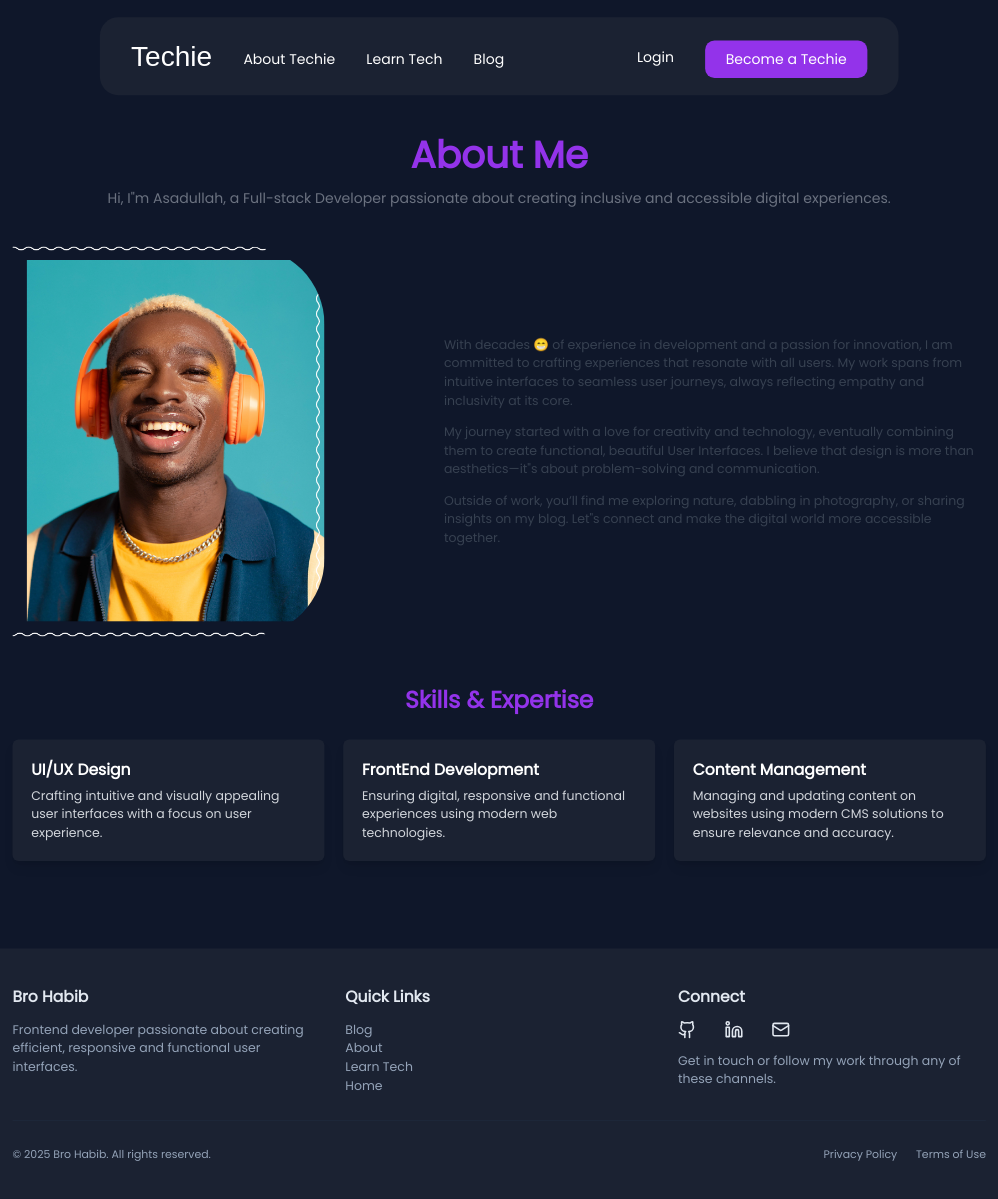
Repository: asadullah48/data-fetch
Page: /about
These files come from the project's save history. The page is drawn as it stood at one moment and after the next save; the edit follows.
The browser window is 1280 px wide. The pictures show the whole page, at 78% of full size.
Some web fonts or font styles are not loaded; a fallback is used. The project was rebuilt for these pictures with package versions that can differ from the ones it lists, and the page was loaded fresh each time. The framework's server and built-in components were replaced by stand-ins that run in the browser. Also part of the build but not shown: next.config.mjs.

Above is the page before, as saved 2025-01-15 12:33:11.

### src/app/layout.tsx
import type { Metadata } from "next";
import localFont from "next/font/local";
import "./globals.css";
import Navbar from "@/components/Navbar";
import { Poppins } from "next/font/google"
import Footer from "@/components/Footer";


const poppins = Poppins({
  subsets: ['latin'],
  weight: '400'
})

const geistSans = localFont({
  src: "./fonts/GeistVF.woff",
  variable: "--font-geist-sans",
  weight: "100 900",
});
const geistMono = localFont({
  src: "./fonts/GeistMonoVF.woff",
  variable: "--font-geist-mono",
  weight: "100 900",
});

export const metadata: Metadata = {
  title: "Data Fetching",
  description: "Data Fetching in a CSR and SSR",
};

export default function RootLayout({
  children,
}: Readonly<{
  children: React.ReactNode;
}>) {
  return (
    <html lang="en">
      <body
        className={`${geistSans.variable} ${geistMono.variable} ${poppins.className} bg-[#0f172a] text-white antialiased overflow-x-hidden`}
      >
        <Navbar />
        {children}
        <Footer/>
      </body>
    </html>
  );
}

### src/app/about/page.tsx
'use client';

import Image from "next/image";

export default function About() {
    return (
        <div className="container mx-auto px-4 py-8">
            <div className="text-center mb-12">
                <h1 className="text-5xl font-bold text-[#9333EA]">About Me</h1>
                <p className="text-lg text-gray-500 mt-4">
                    Hi, I&quot;m Asadullah, a Full-stack Developer passionate about creating inclusive and accessible digital experiences.
                </p>
            </div>

            <div className="flex flex-col sm:flex-row gap-8 juctify-center items-center">
                {/* Profile Image */}
                <div className="relative w-screen align-middle md:w-1/2 h-[500px] overflow-hidden">
                    <div className="w-screen align-middle rounded-[0_50px_0_50px]  overflow-hidden ">
                        {/* Using placeholder API for demo - replace src with your actual image URL */}
                        <Image
                            src="/images/myImg.jpeg"
                            width={1000}
                            height={1000}
                            alt="Professional portrait"
                            className="w-[400px] h-[500px] object-cover md:rounded-[0_100px_100px_0] absolute left-0"
                        />
                    </div>
                </div>

                {/* Description */}
                <div className="w-full md:w-2/3 text-center md:text-left">
                    <p className="text-gray-700 mb-4">
                        With decades 😁 of experience in development and a passion for innovation, I am committed to crafting experiences
                        that resonate with all users. My work spans from intuitive interfaces to seamless user journeys,
                        always reflecting empathy and inclusivity at its core.
                    </p>
                    <p className="text-gray-700 mb-4">
                        My journey started with a love for creativity and technology, eventually combining them to create functional,
                        beautiful User Interfaces. I believe that design is more than aesthetics—it&quot;s about problem-solving and
                        communication.
                    </p>
                    <p className="text-gray-700">
                        Outside of work, you’ll find me exploring nature, dabbling in photography, or sharing insights on my blog.
                        Let&quot;s connect and make the digital world more accessible together.
                    </p>
                </div>
            </div>

            {/* Skills Section */}
            <div className="mt-16">
                <h2 className="text-3xl font-bold text-[#9333EA] text-center mb-8">Skills & Expertise</h2>

                <div className="grid grid-cols-1 md:grid-cols-3 gap-6">

                    <div className="bg-[#1b2232] text-white rounded-lg shadow-lg p-6">
                        <h3 className="text-xl font-semibold mb-2">UI/UX Design</h3>
                        <p className="text-gray-300">
                            Crafting intuitive and visually appealing user interfaces with a focus on user experience.
                        </p>
                    </div>
                    <div className="bg-[#1b2232] text-white rounded-lg shadow-lg p-6">
                        <h3 className="text-xl font-semibold mb-2">FrontEnd Development</h3>
                        <p className="text-gray-300">
                            Ensuring digital, responsive and functional experiences using modern web technologies.
                        </p>
                    </div>

                    <div className="bg-[#1b2232] text-white rounded-lg shadow-lg p-6">
                        <h3 className="text-xl font-semibold mb-2">Content Management</h3>
                        <p className="text-gray-300">
                            Managing and updating content on websites using modern CMS solutions to ensure relevance and accuracy.
                        </p>
                    </div>
                </div>
            </div>
        </div>
    );
}

### src/app/globals.css
@tailwind base;
@tailwind components;
@tailwind utilities;

body {
  font-family: Arial, Helvetica, sans-serif;
}

@layer utilities {
  .text-balance {
    text-wrap: balance;
  }
}

@layer base {
  :root {
    --background: 0 0% 100%;
    --foreground: 20 14.3% 4.1%;
    --card: 0 0% 100%;
    --card-foreground: 20 14.3% 4.1%;
    --popover: 0 0% 100%;
    --popover-foreground: 20 14.3% 4.1%;
    --primary: 24 9.8% 10%;
    --primary-foreground: 60 9.1% 97.8%;
    --secondary: 60 4.8% 95.9%;
    --secondary-foreground: 24 9.8% 10%;
    --muted: 60 4.8% 95.9%;
    --muted-foreground: 25 5.3% 44.7%;
    --accent: 60 4.8% 95.9%;
    --accent-foreground: 24 9.8% 10%;
    --destructive: 0 84.2% 60.2%;
    --destructive-foreground: 60 9.1% 97.8%;
    --border: 20 5.9% 90%;
    --input: 20 5.9% 90%;
    --ring: 20 14.3% 4.1%;
    --chart-1: 12 76% 61%;
    --chart-2: 173 58% 39%;
    --chart-3: 197 37% 24%;
    --chart-4: 43 74% 66%;
    --chart-5: 27 87% 67%;
    --radius: 0.5rem;
  }
  .dark {
    --background: 20 14.3% 4.1%;
    --foreground: 60 9.1% 97.8%;
    --card: 20 14.3% 4.1%;
    --card-foreground: 60 9.1% 97.8%;
    --popover: 20 14.3% 4.1%;
    --popover-foreground: 60 9.1% 97.8%;
    --primary: 60 9.1% 97.8%;
    --primary-foreground: 24 9.8% 10%;
    --secondary: 12 6.5% 15.1%;
    --secondary-foreground: 60 9.1% 97.8%;
    --muted: 12 6.5% 15.1%;
    --muted-foreground: 24 5.4% 63.9%;
    --accent: 12 6.5% 15.1%;
    --accent-foreground: 60 9.1% 97.8%;
    --destructive: 0 62.8% 30.6%;
    --destructive-foreground: 60 9.1% 97.8%;
    --border: 12 6.5% 15.1%;
    --input: 12 6.5% 15.1%;
    --ring: 24 5.7% 82.9%;
    --chart-1: 220 70% 50%;
    --chart-2: 160 60% 45%;
    --chart-3: 30 80% 55%;
    --chart-4: 280 65% 60%;
    --chart-5: 340 75% 55%;
  }
}

@layer base {
  * {
    @apply border-border;
  }
  body {
    @apply bg-background text-foreground;
  }
}

### src/components/Navbar.tsx
"use client"
import { useState } from 'react';
import { Agbalumo } from "next/font/google"
import Link from "next/link"

const agbalumo = Agbalumo({
    subsets: ['latin'],
    weight: '400'
})


export default function Navbar() {
    const [isMenuOpen, setIsMenuOpen] = useState(false);

    const toggleMenu = () => setIsMenuOpen(!isMenuOpen);

    return (
        <div className="h-[144px] w-screen flex justify-center items-center">
            <div className="h-[100px] w-full relative md:w-[80%] md:rounded-3xl bg-[#1b2232] text-white flex justify-between items-center px-10">
                {/* Logo and Links */}
                <div className="flex justify-center items-center gap-10">
                <Link href={"/"}>
                    <h1 className={`${agbalumo.className} text-4xl`}>Techie</h1>
                </Link>

                    <div className="hidden lg:flex gap-10">
                        <Link href={"/about"} className="text-lg mt-2">About Techie</Link>
                        <Link href={"/learnTech"} className="text-lg mt-2">Learn Tech</Link>
                        <Link href={"/blog"} className="text-lg mt-2">Blog</Link>
                    </div>
                </div>

                {/* Navbar Buttons */}
                <div className="hidden md:flex gap-10">
                    <Link href={"/login"} className="text-lg mt-4">Login</Link>
                    <Link href={"/signup"} className="text-lg mt-2 h-12 bg-PrimaryPurple flex justify-center items-center w-52 rounded-xl">Become a Techie</Link>
                </div>

                {/* Hamburger Menu for Mobile */}
                <div className="lg:hidden flex items-center gap-4">
                    {/* <h1 className="font-bold text-4xl">Techie</h1> */}
                    <button onClick={toggleMenu} className="text-white text-2xl">
                        {/* Hamburger Icon */}
                        {isMenuOpen ? 'X' : '☰'}
                    </button>
                </div>
            </div>

            {/* Dropdown Menu for Mobile */}
            {isMenuOpen && (
                <div className='z-50 h-screen fixed top-1/4 w-full flex justify-center items-center bg-[#1b2232]/70 backdrop-blur-md '>
                <div className=" lg:hidden  text-white  text-center py-4 flex flex-col justify-center items-start gap-5">
                    <Link href={"/about"} onClick={()=> setIsMenuOpen(false)} className="block text-lg mt-2">About Techie</Link>
                    <Link href={"/learnTech"} onClick={()=> setIsMenuOpen(false)} className="block text-lg mt-2">Learn Tech</Link>
                    <Link href={"/blog"} onClick={()=> setIsMenuOpen(false)} className="block text-lg mt-2">Blog</Link>
                    <Link href={"/login"} onClick={()=> setIsMenuOpen(false)} className="block text-lg mt-2">Login</Link>
                    <Link href={"/signup"} onClick={()=> setIsMenuOpen(false)} className=" text-lg mt-2 h-12 bg-PrimaryPurple flex justify-start pl-2 items-center w-52 rounded-xl">Become a Techie</Link>
                </div>
                </div>
            )}
        </div>
    )
}

### src/components/Footer.tsx
import React from 'react'
import { Github,  Linkedin, Mail } from 'lucide-react';
import Link from 'next/link';
export default function Footer() {
  const currentYear = new Date().getFullYear();

  return (
    <div className="bg-[#1b2232] mt-20 text-slate-200 py-12 ">
      <div className="container mx-auto px-4">
        {/* Main Footer Content */}
        <div className="grid grid-cols-1 md:grid-cols-3 gap-8 mb-8">
          {/* About Section */}
          <div>
            <h3 className="text-xl font-semibold mb-4">Bro Habib</h3>
            <p className="text-slate-400 mb-4">
              Frontend developer passionate about creating efficient, responsive and functional user interfaces.
            </p>
          </div>

          {/* Quick Links */}
          <div>
            <h3 className="text-xl font-semibold mb-4">Quick Links</h3>
            <ul className="space-y-2 text-slate-400">
              <Link href="/blog" className="hover:text-slate-200 transition-colors"><li>Blog</li>
              </Link>
              <Link href="/about" className="hover:text-slate-200 transition-colors"><li>About</li>
              </Link>
              <Link href="/learnTech" className="hover:text-slate-200 transition-colors"><li>Learn Tech</li>
              </Link>
              <Link href="/" className="hover:text-slate-200 transition-colors"><li>Home</li>
              </Link>
            </ul>
          </div>

          {/* Connect Section */}
          <div>
            <h3 className="text-xl font-semibold mb-4">Connect</h3>
            <div className="flex space-x-4 mb-4 gap-5">
              <Link href="https://github.com/Habib-bhai" className="hover:text-slate-200 transition-colors">
                <Github size={24} />
              </Link>

              <Link href="https://www.linkedin.com/in/habib007ab92282/" className="hover:text-slate-200 transition-colors">
                <Linkedin size={24} />
              </Link>

              <Link href="mailto:habibahmed918131@gmail.com" className="hover:text-slate-200 transition-colors">
                <Mail size={24} />
              </Link>

            </div>
            <p className="text-slate-400">
              Get in touch or follow my work through any of these channels.
            </p>
          </div>
        </div>

        {/* Bottom Bar */}
        <div className="pt-8 border-t border-slate-800">
          <div className="flex flex-col md:flex-row justify-between items-center space-y-4 md:space-y-0">
            <p className="text-slate-400 text-sm">
              © {currentYear} Bro Habib. All rights reserved.
            </p>
            <div className="flex space-x-6 text-sm text-slate-400">
              <a href="/privacy" className="hover:text-slate-200 transition-colors">Privacy Policy</a>
              <a href="/terms" className="hover:text-slate-200 transition-colors">Terms of Use</a>
            </div>
          </div>
        </div>
      </div>
    </div>
  )
}

### tailwind.config.ts
import type { Config } from "tailwindcss";

const config: Config = {
	darkMode: ["class"],
	content: [
		"./src/pages/**/*.{js,ts,jsx,tsx,mdx}",
		"./src/components/**/*.{js,ts,jsx,tsx,mdx}",
		"./src/app/**/*.{js,ts,jsx,tsx,mdx}",
	],
	theme: {
		extend: {

			animation: {
				'spin-slow': 'spin 3s linear infinite',
				orbit: 'orbit 1.5s linear infinite',
				// dash: 'dash 2s ease-in-out infinite',
				float: 'float 6s ease-in-out infinite',
				wave: 'wave 8s linear infinite',
				bounce: 'bounce 2s infinite',
			},
			keyframes: {
				orbit: {
					'0%': { transform: 'rotate(0deg) translateX(30px) rotate(0deg)' },
					'100%': { transform: 'rotate(360deg) translateX(30px) rotate(-360deg)' },
				},
				dash: {
					'0%': { strokeDashoffset: '880px' },
					'100%': { strokeDashoffset: '0px' },
				},
				float: {
					'0%, 100%': { transform: 'translateY(-10px)' },
					'50%': { transform: 'translateY(10px)' },
				  },
				  wave: {
					'0%': { transform: 'translateX(100%)' },
					'100%': { transform: 'translateX(-100%)' },
				  },
			},
			colors: {
				background: 'hsl(var(--background))',
				PrimaryPurple: '#9333EA',
				foreground: 'hsl(var(--foreground))',
				card: {
					DEFAULT: 'hsl(var(--card))',
					foreground: 'hsl(var(--card-foreground))'
				},
				popover: {
					DEFAULT: 'hsl(var(--popover))',
					foreground: 'hsl(var(--popover-foreground))'
				},
				primary: {
					DEFAULT: 'hsl(var(--primary))',
					foreground: 'hsl(var(--primary-foreground))'
				},
				secondary: {
					DEFAULT: 'hsl(var(--secondary))',
					foreground: 'hsl(var(--secondary-foreground))'
				},
				muted: {
					DEFAULT: 'hsl(var(--muted))',
					foreground: 'hsl(var(--muted-foreground))'
				},
				accent: {
					DEFAULT: 'hsl(var(--accent))',
					foreground: 'hsl(var(--accent-foreground))'
				},
				destructive: {
					DEFAULT: 'hsl(var(--destructive))',
					foreground: 'hsl(var(--destructive-foreground))'
				},
				border: 'hsl(var(--border))',
				input: 'hsl(var(--input))',
				ring: 'hsl(var(--ring))',
				chart: {
					'1': 'hsl(var(--chart-1))',
					'2': 'hsl(var(--chart-2))',
					'3': 'hsl(var(--chart-3))',
					'4': 'hsl(var(--chart-4))',
					'5': 'hsl(var(--chart-5))'
				}
			},
			borderRadius: {
				lg: 'var(--radius)',
				md: 'calc(var(--radius) - 2px)',
				sm: 'calc(var(--radius) - 4px)'
			}
		}
	},
	plugins: [require("tailwindcss-animate")],
};
export default config;

After the next save:
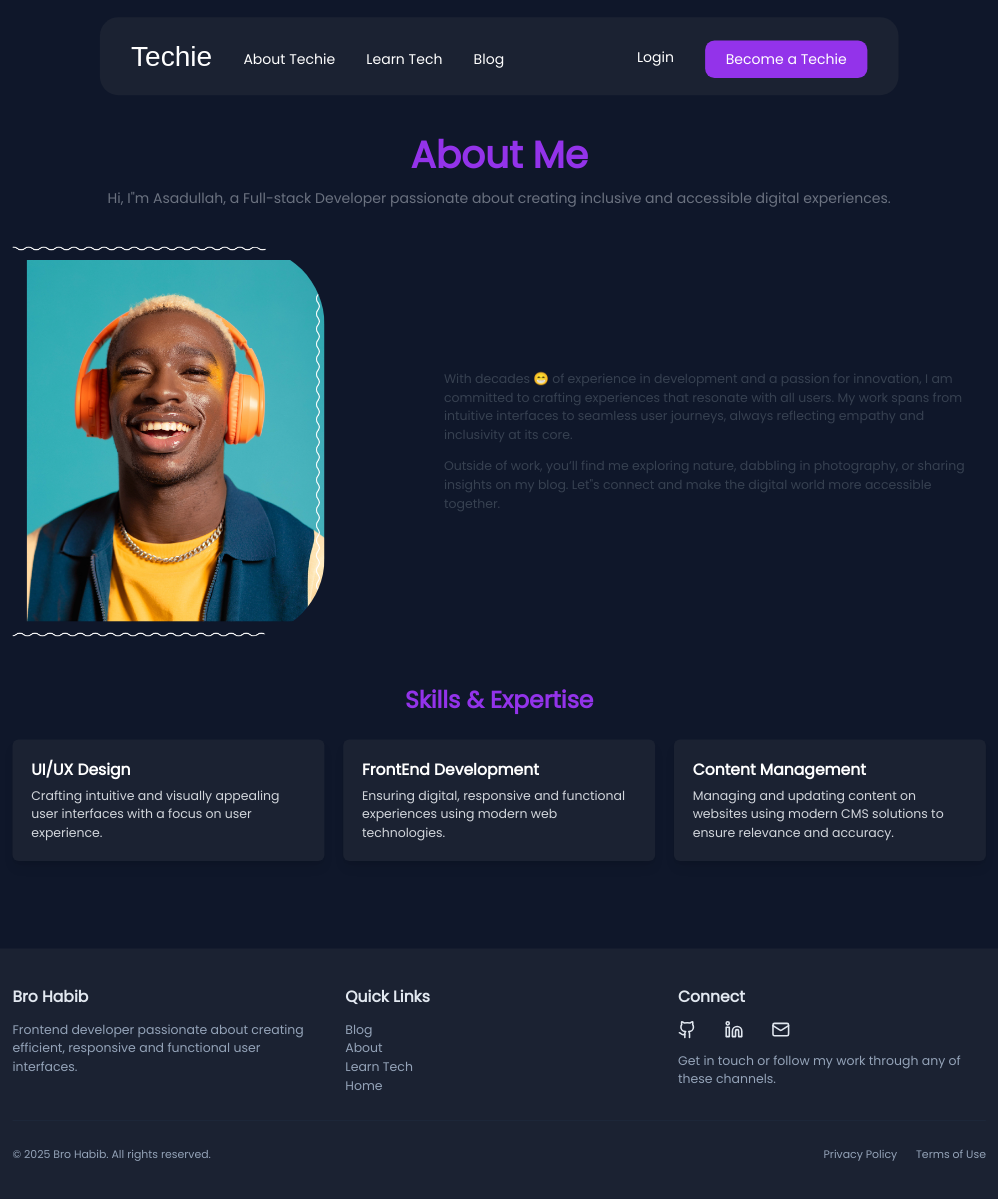
Saved 43 s later.
--- a/src/app/about/page.tsx
+++ b/src/app/about/page.tsx
@@ -35,9 +35,7 @@
                         always reflecting empathy and inclusivity at its core.
                     </p>
                     <p className="text-gray-700 mb-4">
-                        My journey started with a love for creativity and technology, eventually combining them to create functional,
-                        beautiful User Interfaces. I believe that design is more than aesthetics—it&quot;s about problem-solving and
-                        communication.
+
                     </p>
                     <p className="text-gray-700">
                         Outside of work, you’ll find me exploring nature, dabbling in photography, or sharing insights on my blog.

After the save that followed:
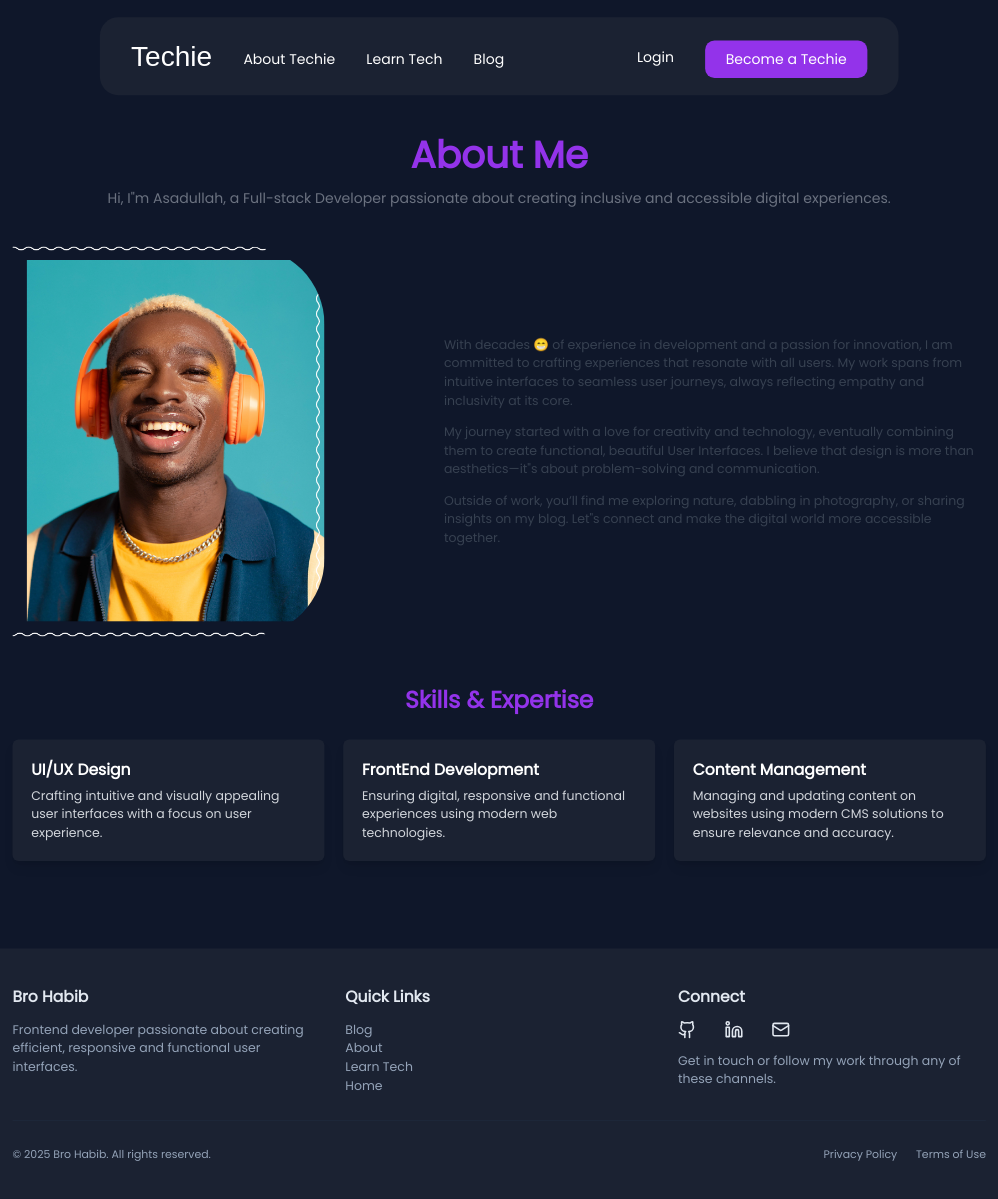
Saved 32 s later.
--- a/src/app/about/page.tsx
+++ b/src/app/about/page.tsx
@@ -35,7 +35,9 @@
                         always reflecting empathy and inclusivity at its core.
                     </p>
                     <p className="text-gray-700 mb-4">
-
+                    My journey started with a love for creativity and technology, eventually combining them to create functional,
+                        beautiful User Interfaces. I believe that design is more than aesthetics—it&quot;s about problem-solving and
+                        communication.
                     </p>
                     <p className="text-gray-700">
                         Outside of work, you’ll find me exploring nature, dabbling in photography, or sharing insights on my blog.
